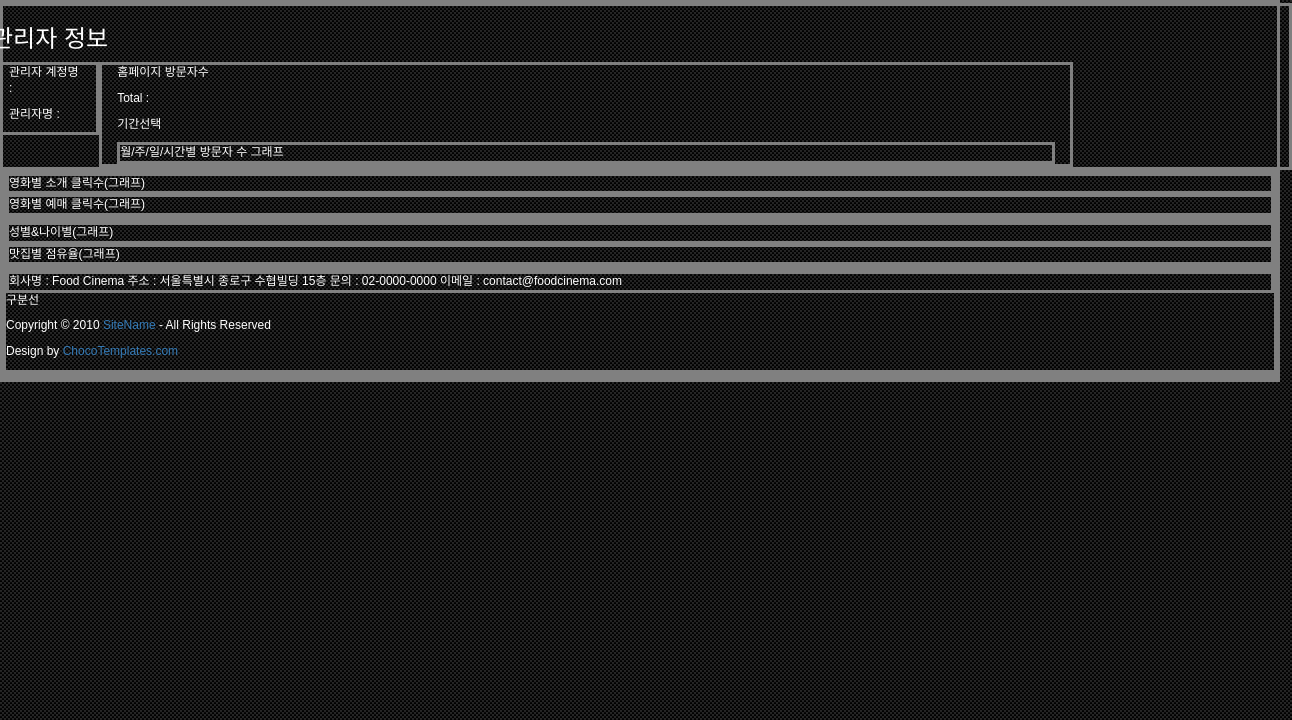
Repository: fhwang2/WEB
Page: http://localhost/FoodCinema/admin.jsp
The author's editor kept a copy of each file at every save. The page is drawn from the files as they stood at one save, then again after the next save.
The browser window is 1280 px wide. The page is 1292 px wide, then 1280 px, so the pictures cover 1292 px, including what lies to the right of the window. The pictures show the whole page.
The page is served by Tomcat 9.

Above is the page before, as saved 2019-07-11 09:40:37.

After the next save:
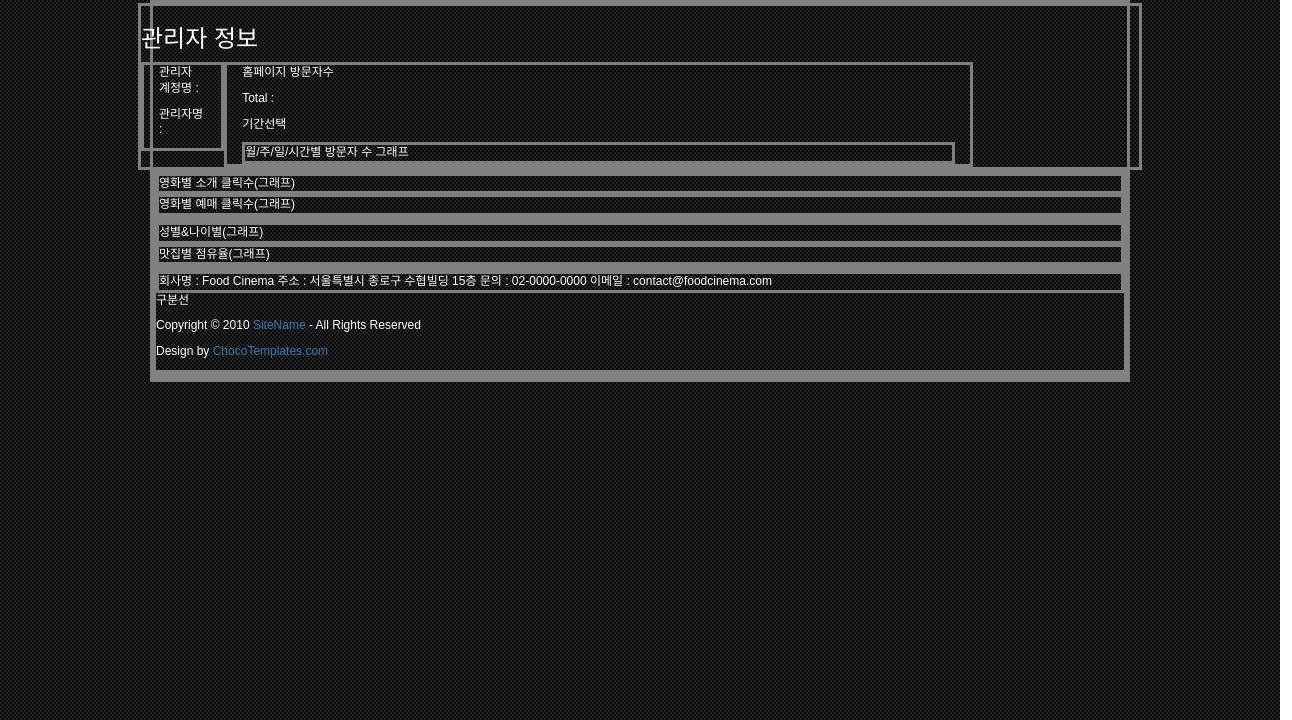
Saved 24 s later.
--- a/FoodCinema/WebContent/admin.jsp
+++ b/FoodCinema/WebContent/admin.jsp
@@ -31,6 +31,11 @@ body {
 div {
 	border-style: solid;
 	border-color: gray;
+}
+
+#shell {
+	width:980px;
+	margin:0 auto;
 }
 
 </style>
